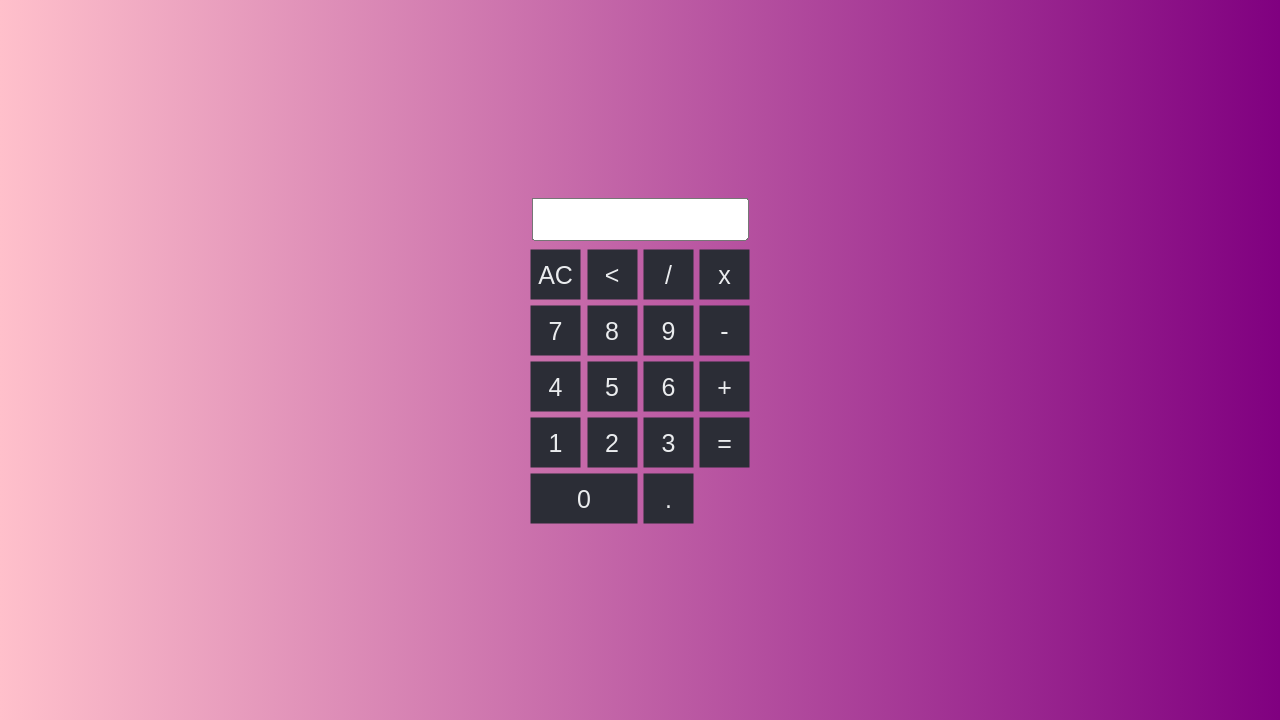
Repository: lacey-crenshaw/calculator
Page: index.html
An editor plug-in stored every save of this project. The page is shown before and after the next save, followed by the edit.
The browser window is 1280 px wide. The pictures show the whole page.

Above is the page before, as saved 2020-02-14 10:05:52.

After the next save:
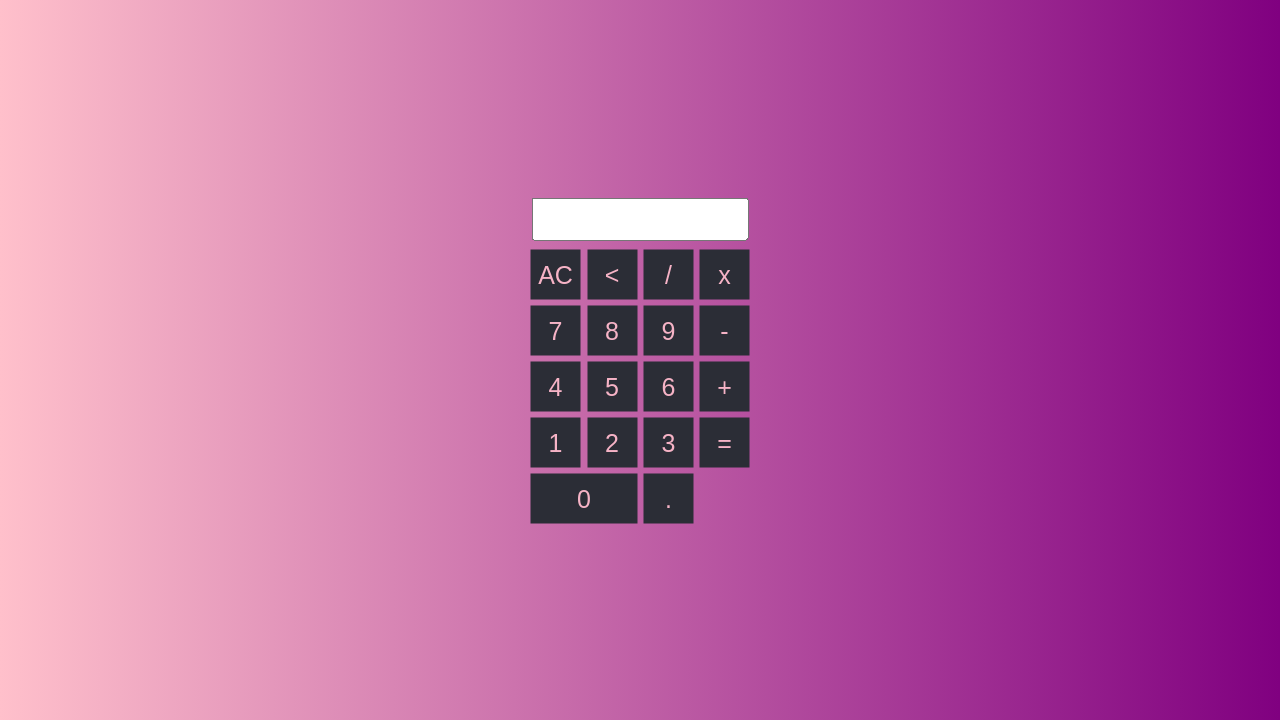
Saved 20 s later.
--- a/style.css
+++ b/style.css
@@ -10,7 +10,7 @@
     margin: 2;
     cursor: pointer;
     background:  hsla(230,11%,19%,1);
-    color: #eaecee;
+    color: #f6b3c6;
     border: none;
 }
 
